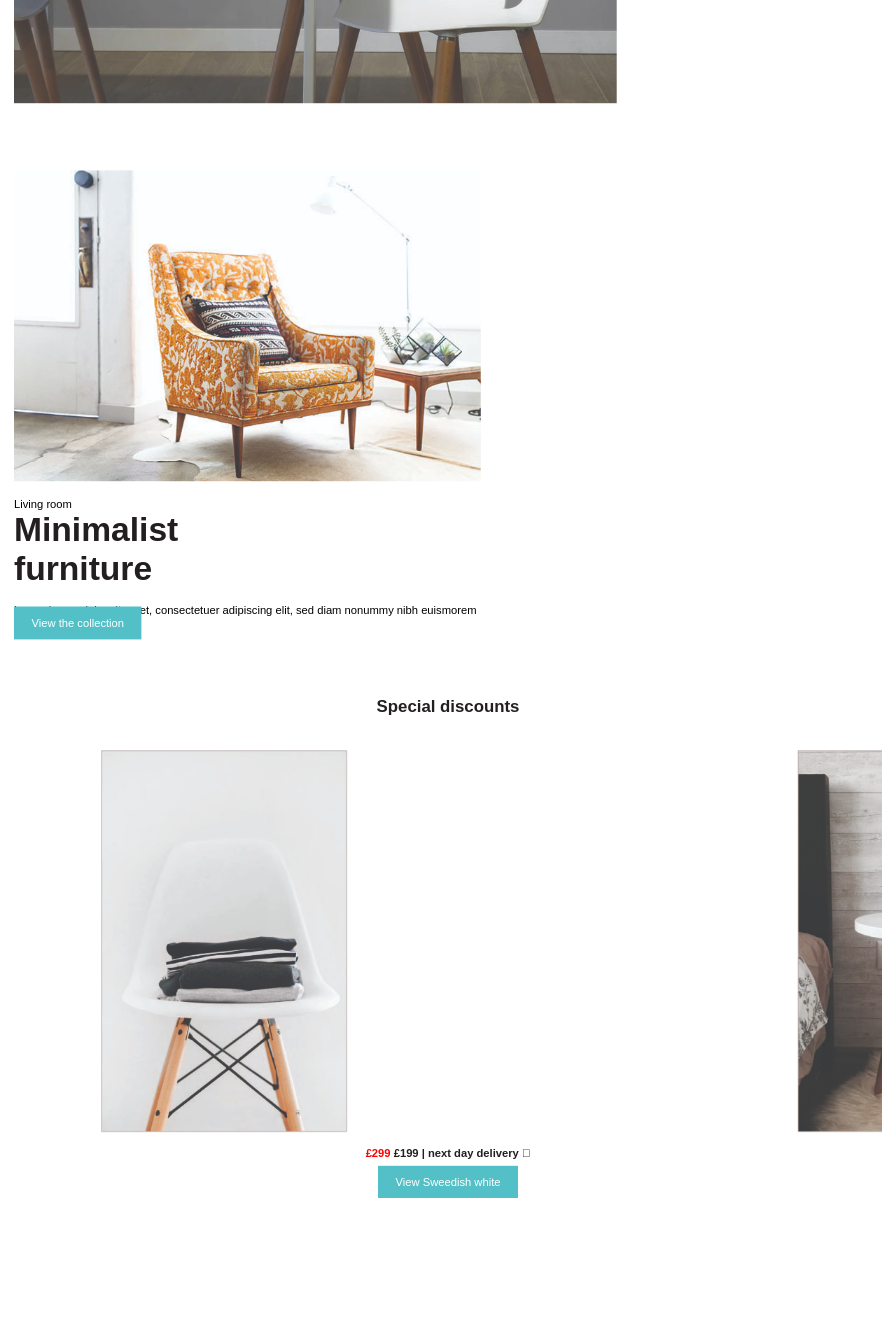
Repository: dinhhaidh/republic-web
Page: index.html
These files come from the project's save history. The page is drawn as it stood at one moment and after the next save; the edit follows.
The browser window is 1280 px wide. The pictures show the part of the page from y = 1038 to 2958 px (the page is 2958 px tall), at 70% of full size.
Some web fonts or font styles are not loaded; a fallback is used. Some web libraries are served in a nearby version.

Above is the page before, as saved 2024-01-24 19:07:12.

After the next save:
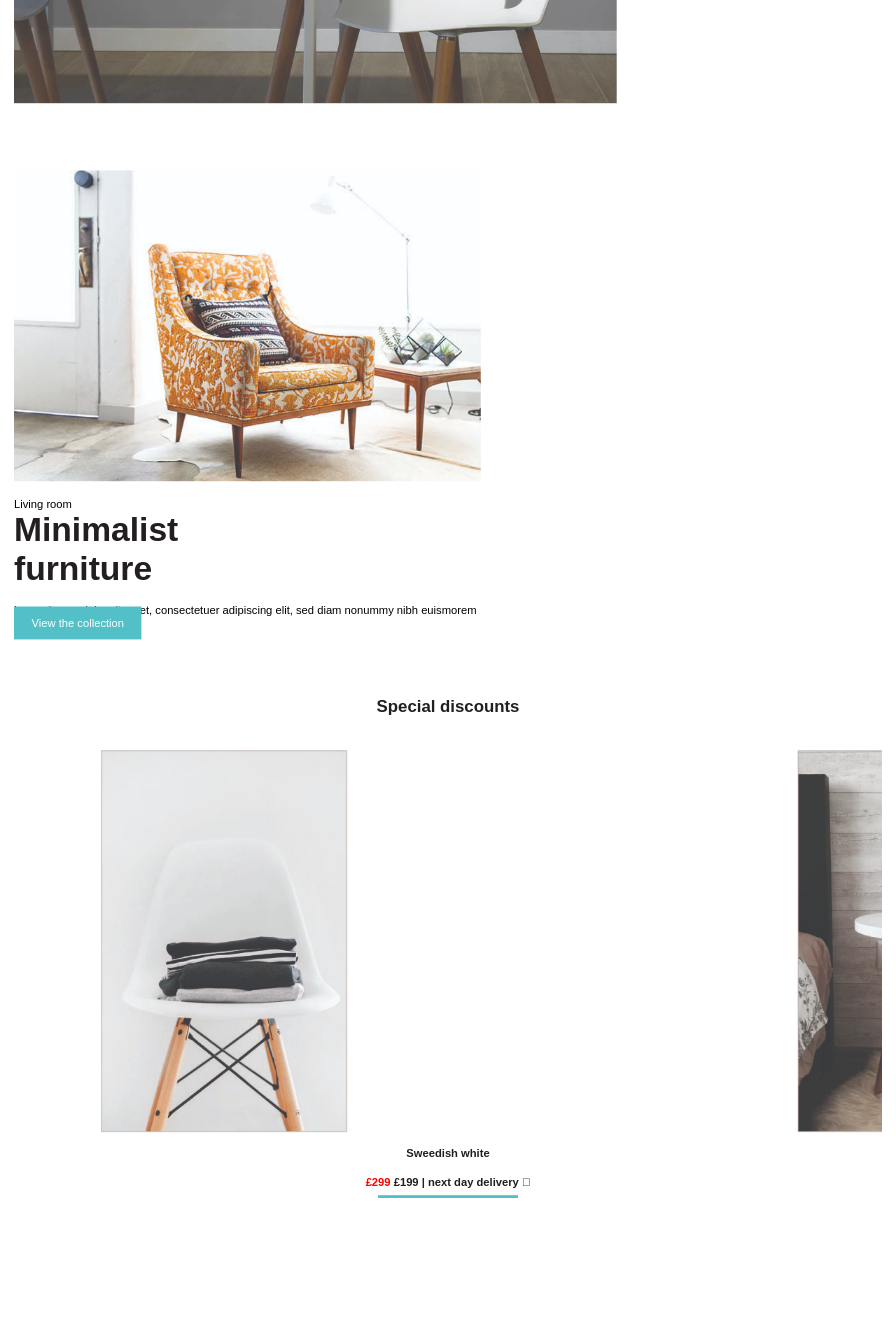
Saved 6 s later.
--- a/index.html
+++ b/index.html
@@ -117,6 +117,7 @@
                 <div class="swiper-wrapper">
                     <article class=" lounge__card swiper-slide">
                         <img src="./img/special1.jpg" alt="" class="lounge__img">
+                        <h4>Sweedish white</h4>
                         <h4><span>£299</span> £199  |  next day delivery  </h4>
                         <a href="#" class="button__link lounge__button">View Sweedish white</a>
                     </article>
